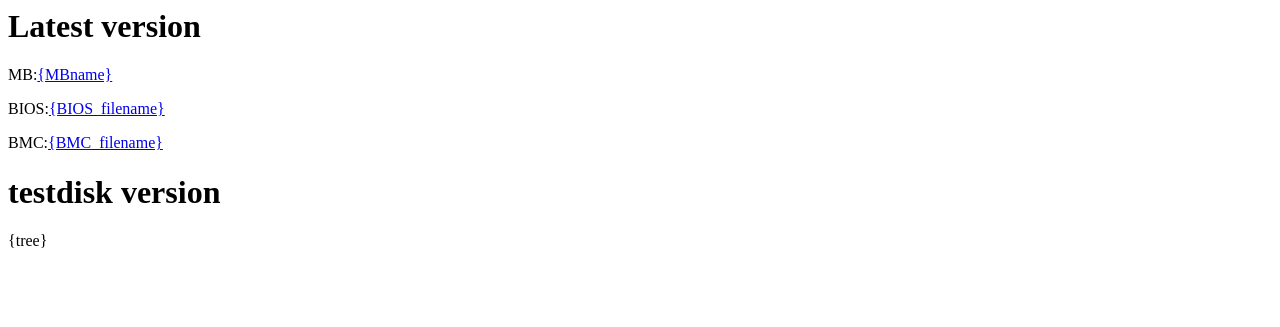
Repository: tttt1213/BIOSversion
Page: result.html
An editor plug-in stored every save of this project. The page is shown before and after the next save, followed by the edit.
The browser window is 1280 px wide. The pictures show the whole page.

Above is the page before, as saved 2023-04-07 15:34:41.

### result.html
<html>
<head>
<h1>Latest version</h1>
</head>
<body>
<header class="header">
</header>
<div class="content">
<p>MB:<a href="{url}">{MBname}</a></p>
<p>BIOS:<a href="{BIOS_ver}">{BIOS_filename}<a/></p>
<p>BMC:<a href="{BMC_ver}">{BMC_filename}<a/></p>
</div>
<h1>testdisk version</h1>
<div>{tree}</div>
</body>
</html>

After the next save:
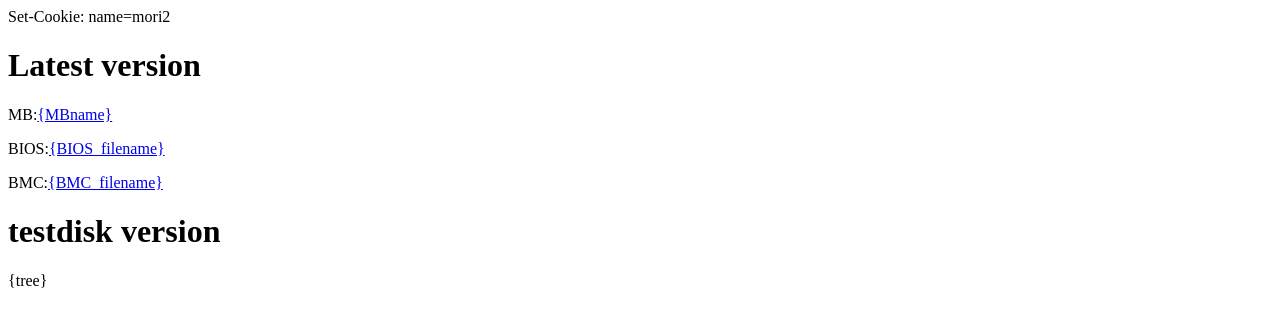
Saved 38 s later.
--- a/result.html
+++ b/result.html
@@ -1,3 +1,4 @@
+Set-Cookie: name=mori2
 <html>
 <head>
 <h1>Latest version</h1>
